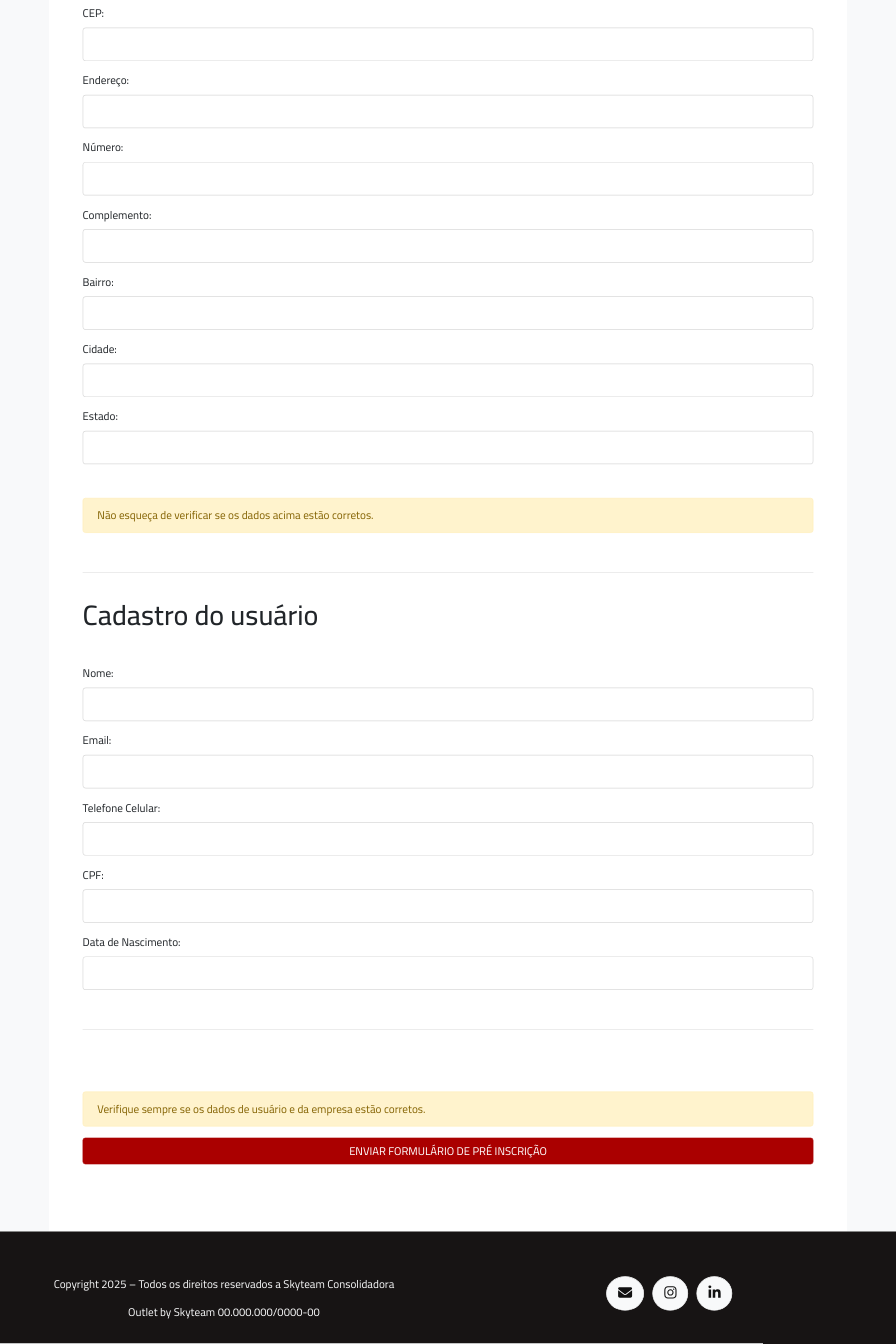
Repository: SkyTeam-Dev/Outlet_Site
Page: Site/Template_Page.html
The author's editor kept a copy of each file at every save. The page is drawn from the files as they stood at one save, then again after the next save.
The browser window is 1280 px wide. The pictures show the part of the page from y = 1035 to 2955 px (the page is 2955 px tall), at 70% of full size.
Some web libraries are served in a nearby version.

Above is the page before, as saved 2025-03-25 19:21:46.

After the next save:
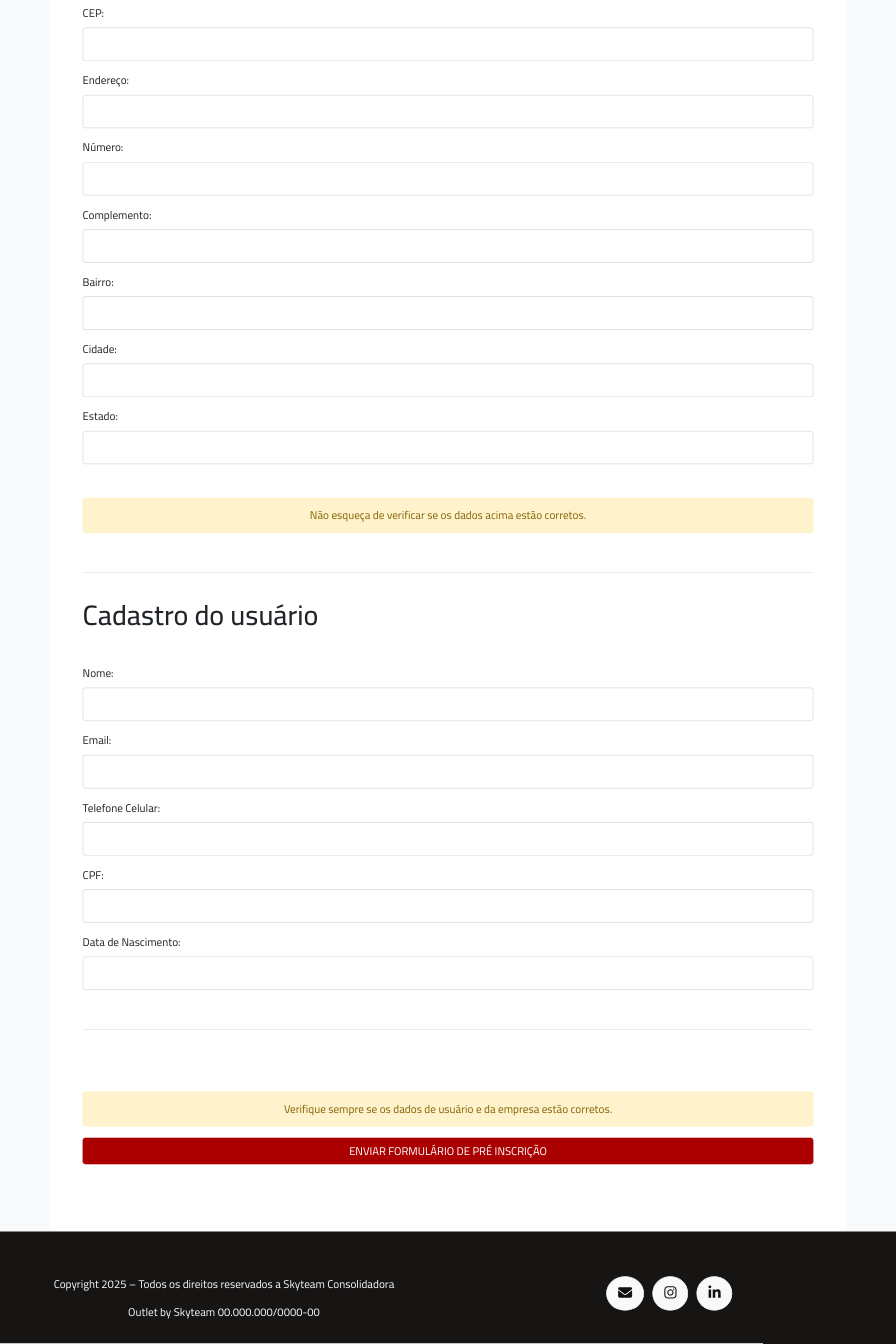
Saved 23 s later.
--- a/Site/Template_Page.html
+++ b/Site/Template_Page.html
@@ -327,7 +327,7 @@
                                         id="ibge" size="8" />
                                 </div>
 
-                                <div class="mt-5 alert alert-warning" role="alert">
+                                <div class="mt-5 alert alert-warning text-center" role="alert">
                                     Não esqueça de verificar se os dados acima estão corretos.
                                 </div>
 
@@ -370,7 +370,7 @@
                                 <hr />
                                 <br />
 
-                                <div class="mt-5 alert alert-warning" role="alert">
+                                <div class="mt-5 alert alert-warning text-center" role="alert">
                                     Verifique sempre se os dados de usuário e da empresa estão corretos.
                                 </div>
 
